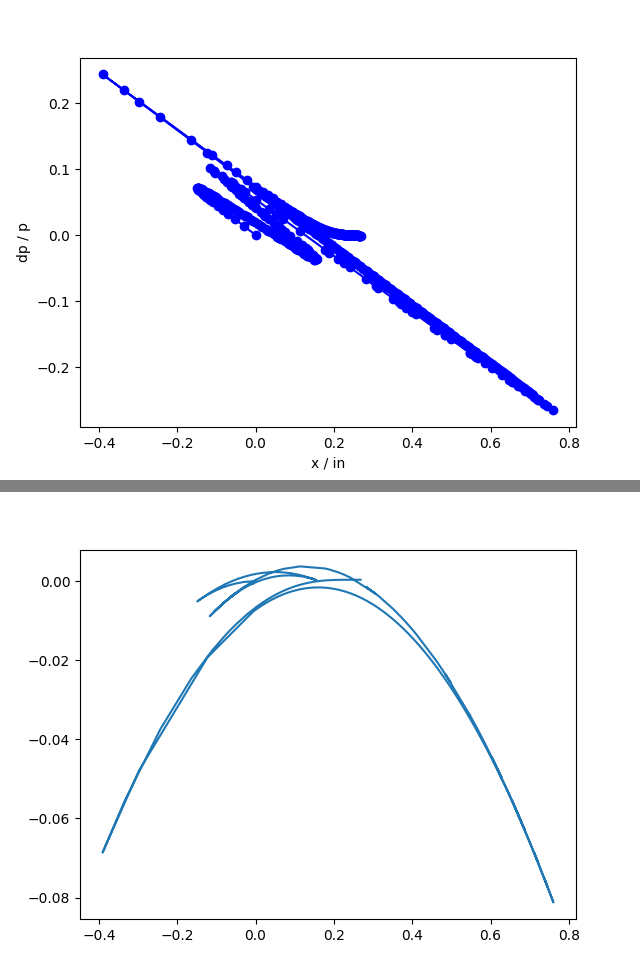
Repository: leiradom/Modified-linear-theory
Script's output: python 3_Shock_correction.py
An editor plug-in stored every save of this project. The script's output is shown before and after the next save, followed by the edit.
Each picture stacks the figures in order, with grey between them; figures that are only written to a file come last. Random numbers start from a fixed seed.

Above is the script's output before, as saved 2021-04-08 21:32:59.

After the next save:
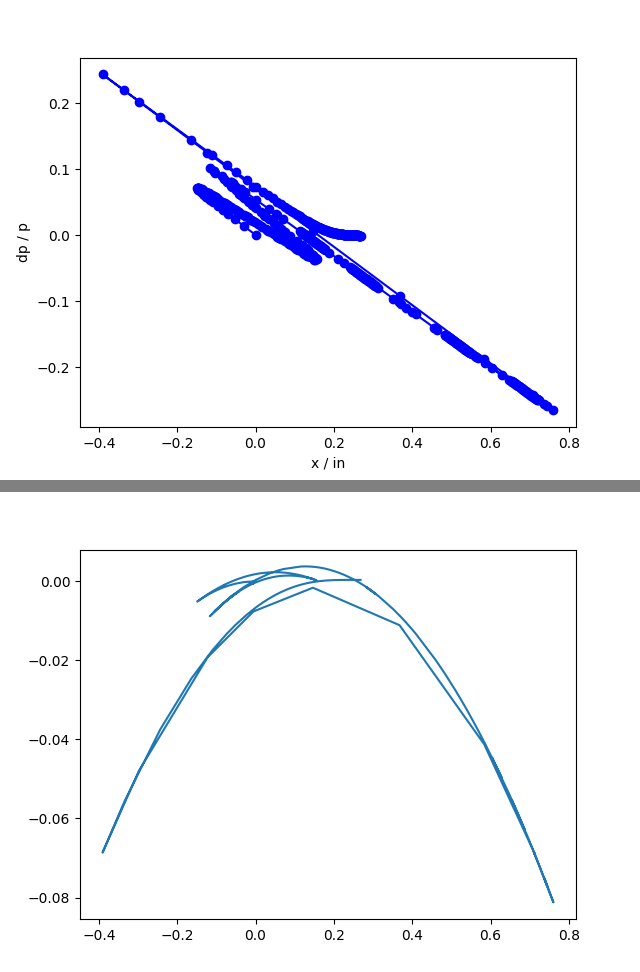
Saved 56 s later.
--- a/3_Shock_correction.py
+++ b/3_Shock_correction.py
@@ -63,7 +63,7 @@ for i in range(0,a-1):
     li = math.sqrt((X[i+1] - X[i])**2 + (Y[i+1] - Y[i])**2)
     k0 = ((Y[i+1] - Y[i])/(X[i+1] - X[i]))  #两点间的斜率
     #先找到距离较大的点
-    if(abs(X[i+1]-X[i])>0.1):   #if((li >= l0))  #不再利用线段长度作为判据，改用x方向的位移量
+    if(abs(X[i+1]-X[i])>0.05):   #if((li >= l0))  #不再利用线段长度作为判据，改用x方向的位移量
         px = i                       #记录每一个距离较大的地方的i
         h0 = ((X[i+1] - X[i])/(b0))   #每一个都离散成b个点
         #print("px=",px)
